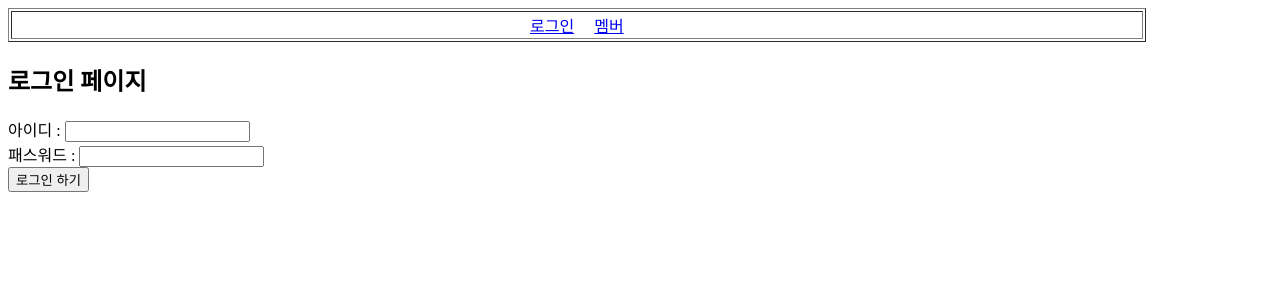
Repository: jungwoonAn/jsp_basic
Page: http://localhost/MustHaveJSP/Common/LoginForm.jsp
The author's editor kept a copy of each file at every save. The page is drawn from the files as they stood at one save, then again after the next save.
The browser window is 1280 px wide. The pictures show the whole page.
The page is served by Tomcat 10. Other server files are loaded and not shown.

Above is the page before, as saved 2024-10-22 08:18:31.

### MustHaveJSP/src/main/webapp/Common/LoginForm.jsp
<%@ page language="java" contentType="text/html; charset=UTF-8"
    pageEncoding="UTF-8"%>
<!DOCTYPE html>
<html>
<head>
<meta charset="UTF-8">
<title>Session</title>
<script type="text/javascript">
	function validateForm(form){
		if(!form.user_id.value){
			alert("아이디를 입력하세요.");
			return false;
		}
		if(form.user_pass.value==""){
			alert("패스워드를 입력하세요");
			return false;
		}
	}
</script>
</head>
<body>
	<jsp:include page="../Common/Link.jsp" />

	<h2>로그인 페이지</h2>
	<span style="color: red; font-size: 1.2em;">
		<%= request.getAttribute("LoginErrMsg")  == null ?
				"" : request.getAttribute("LoginErrMsg") %>
	</span>
	<%
	if(session.getAttribute("UserId") == null){  // 로그인 상태 확인
		// 로그아웃 상태
	%>
	<form action="LoginProcess.jsp" method="post" name="loginFrm" onsubmit="return validateForm(this);">
		아이디 : <input type="text" name="user_id"><br>
		패스워드 : <input type="password" name="user_pass"><br>
		<button type="submit">로그인 하기</button>
	</form>
	<%
	} else { // 로그인된 상태
	%>
		<%= session.getAttribute("UserName") %> 회원님, 로그인하셨습니다. <br>
		<a href="Logout.jsp">[로그아웃]</a>
	<%
	}
	%>

</body>
</html>

### MustHaveJSP/src/main/webapp/Common/Link.jsp
<%@ page language="java" contentType="text/html; charset=UTF-8"
    pageEncoding="UTF-8"%>
<table border="1" style="width:90%;">
	<tr>
		<td style="text-align:center;">
		<!-- 로그인 여부에 따른 메뉴 변화 -->
		<% if(session.getAttribute("UserId")==null) {
		%>
			<a href="../06_Session/LoginForm.jsp">로그인</a>
		<%
		}else {
		%>
			<a href="../06_Session/Logout.jsp">로그아웃</a>
		<%
		}
		%>
			<!-- 게시판 링크 -->
			&nbsp;&nbsp;&nbsp;
			<a href="../06_Session/List.jsp">멤버</a>

			<!--
			&nbsp;&nbsp;&nbsp;
			<a href="../08_Board/List.jsp">게시판(페이징X)</a>
			&nbsp;&nbsp;&nbsp;
			<a href="../09_PagingBoard/List.jsp">게시판(페이징O)</a>
			 -->
		</td>
	</tr>

</table>

After the next save:
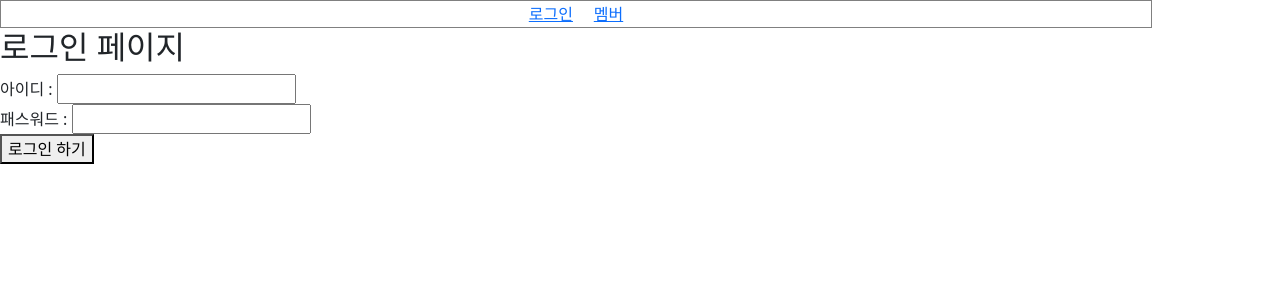
Saved 16 h 18 min later.
--- a/MustHaveJSP/src/main/webapp/Common/LoginForm.jsp
+++ b/MustHaveJSP/src/main/webapp/Common/LoginForm.jsp
@@ -5,6 +5,7 @@
 <head>
 <meta charset="UTF-8">
 <title>Session</title>
+<link rel="stylesheet" href="https://cdn.jsdelivr.net/npm/bootstrap@5.3.3/dist/css/bootstrap.min.css">
 <script type="text/javascript">
 	function validateForm(form){
 		if(!form.user_id.value){
@@ -44,5 +45,7 @@
 	}
 	%>
 
+	<script src="https://cdn.jsdelivr.net/npm/@popperjs/core@2.11.8/dist/umd/popper.min.js"></script>
+	<script src="https://cdn.jsdelivr.net/npm/bootstrap@5.3.3/dist/js/bootstrap.min.js"></script>
 </body>
 </html>
